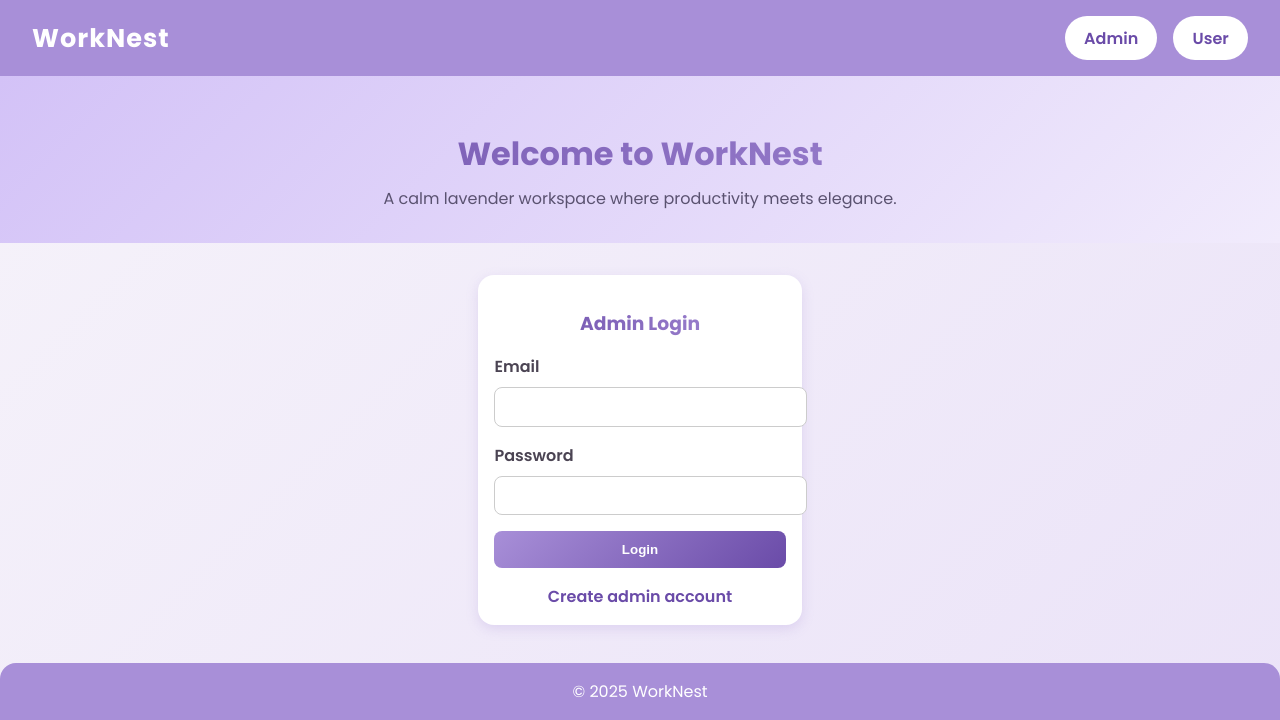
Repository: Sourav5harma/WiproProject
Page: http://localhost/WorkNestApp/WEB-INF/jsp/admin-login.jsp
The author's editor kept a copy of each file at every save. The page is drawn from the files as they stood at one save, then again after the next save.
The browser window is 1280 px wide. The pictures show the whole page.
The page is served by Tomcat 9. Nobody is signed in. Other server files are loaded and not shown. The template is opened directly, without the code that normally fills it, so the values that code supplies are empty.

Above is the page before, as saved 2025-08-27 19:43:40.

### WorkNestApp/src/main/webapp/WEB-INF/jsp/admin-login.jsp
<%@ page contentType="text/html;charset=UTF-8" language="java"%>
<%@ taglib prefix="c" uri="http://java.sun.com/jsp/jstl/core"%>
<!DOCTYPE html>
<html lang="en">
<head>
  <title>WorkNest</title>
  <link href="https://fonts.googleapis.com/css2?family=Poppins:wght@400;600;700&display=swap" rel="stylesheet">
  <style>
    body {
      margin: 0;
      min-height: 100vh;
      display: flex;
      flex-direction: column;
      font-family: 'Poppins', sans-serif;
      background: linear-gradient(135deg, #f6f3fa, #ebe3f8);
      color: #4b4453;
    }
    nav {
      display: flex;
      justify-content: space-between;
      align-items: center;
      background: #a88fd8;
      padding: 1rem 2rem;
    }
    nav .title {
      font-size: 1.6rem;
      font-weight: 700;
      color: white;
      letter-spacing: 1px;
    }
    nav .actions {
      display: flex;
      gap: 1rem;
    }
    nav .actions a {
      padding: 0.6rem 1.2rem;
      border-radius: 30px;
      background: white;
      color: #6a4ba8;
      font-weight: 600;
      text-decoration: none;
      transition: all 0.3s ease;
    }
    nav .actions a:hover {
      background: #d3c2f7;
      color: white;
    }
    .hero {
      text-align: center;
      padding: 2rem 1rem;
      background: linear-gradient(135deg, #d3c2f7, #f1ebfc);
    }
    .hero h1 {
      font-size: 2rem;
      margin-bottom: 0.5rem;
      background: linear-gradient(to right, #6a4ba8, #a88fd8);
      -webkit-background-clip: text;
      -webkit-text-fill-color: transparent;
    }
    .hero p {
      font-size: 1rem;
      color: #5a5270;
      max-width: 600px;
      margin: 0 auto;
    }
    .container {
      max-width: 600px;
      margin: 2rem auto;
      padding: 1rem;
      background: white;
      border-radius: 1rem;
      box-shadow: 0 4px 12px rgba(168,143,216,0.25);
    }
    h3 {
      text-align: center;
      margin-bottom: 1rem;
      background: linear-gradient(to right, #6a4ba8, #a88fd8);
      -webkit-background-clip: text;
      -webkit-text-fill-color: transparent;
    }
    label {
      display: block;
      font-weight: 600;
      margin-bottom: 0.5rem;
    }
    input {
      width: 100%;
      padding: 0.6rem;
      border-radius: 8px;
      border: 1px solid #ccc;
      margin-bottom: 1rem;
      font-size: 1rem;
    }
    .btn {
      width: 100%;
      padding: 0.7rem;
      border-radius: 8px;
      background: linear-gradient(135deg, #a88fd8, #6a4ba8);
      color: white;
      font-weight: 600;
      text-decoration: none;
      border: none;
      cursor: pointer;
      transition: all 0.3s ease;
    }
    .btn:hover {
      box-shadow: 0 6px 16px rgba(168,143,216,0.4);
      transform: translateY(-2px);
    }
    footer {
      background: #a88fd8;
      color: white;
      padding: 1rem;
      text-align: center;
      border-top-left-radius: 1rem;
      border-top-right-radius: 1rem;
      margin-top: auto;
    }
    .extra-link {
      display: block;
      text-align: center;
      margin-top: 1rem;
      font-weight: 600;
      color: #6a4ba8;
      text-decoration: none;
    }
    .extra-link:hover {
      text-decoration: underline;
    }
  </style>
</head>
<body>
  <nav>
    <div class="title">WorkNest</div>
    <div class="actions">
      <a href="<c:url value='/admin/login'/>">Admin</a>
      <a href="<c:url value='/user/login'/>">User</a>
    </div>
  </nav>

  <div class="hero">
    <h1>Welcome to WorkNest</h1>
    <p>A calm lavender workspace where productivity meets elegance.</p>
  </div>

  <div class="container">
    <h3>Admin Login</h3>
    <c:if test="${not empty error}">
      <div style="color:red; text-align:center; margin-bottom:1rem;">${error}</div>
    </c:if>

    <form method="post" action="<c:url value='/admin/login'/>">
      <label>Email</label>
      <input name="email" required>

      <label>Password</label>
      <input name="password" type="password" required>

      <button type="submit" class="btn">Login</button>
    </form>

    <a href="<c:url value='/admin/register'/>" class="extra-link">Create admin account</a>
  </div>

  <footer>© 2025 WorkNest</footer>
</body>
</html>

After the next save:
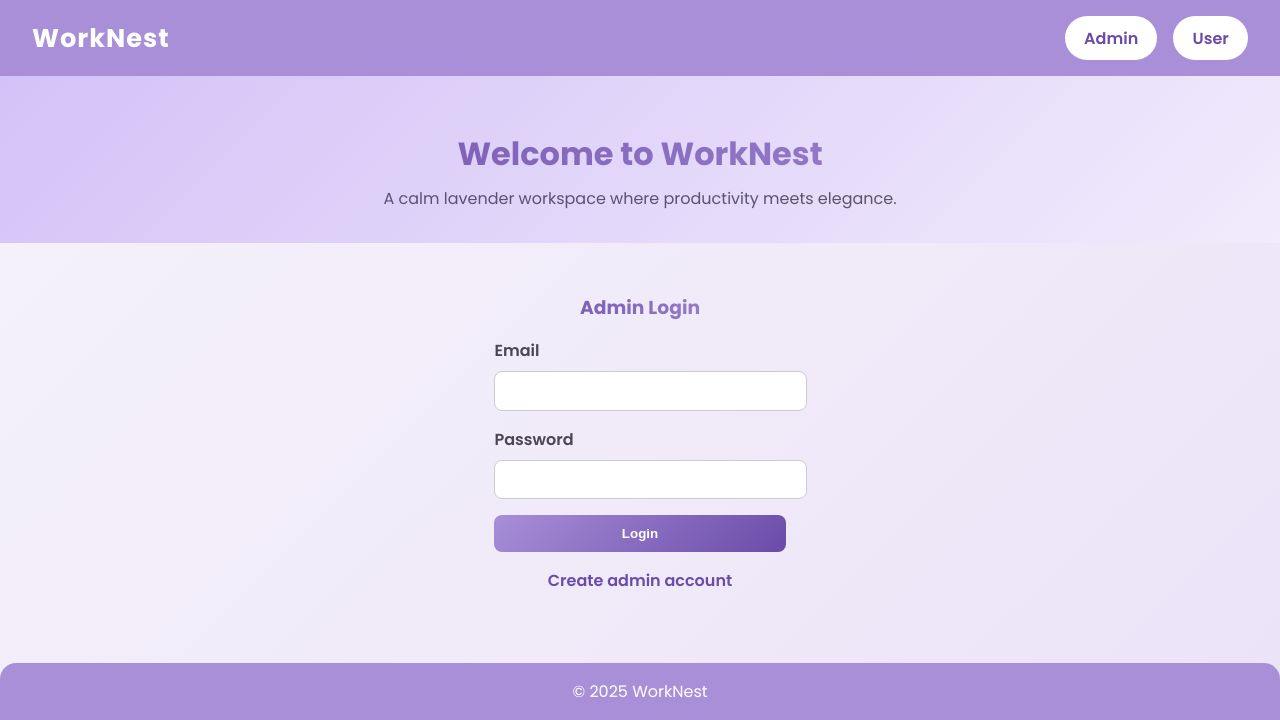
Saved 43 s later.
--- a/WorkNestApp/src/main/webapp/WEB-INF/jsp/admin-login.jsp
+++ b/WorkNestApp/src/main/webapp/WEB-INF/jsp/admin-login.jsp
@@ -63,13 +63,10 @@
       max-width: 600px;
       margin: 0 auto;
     }
-    .container {
+    section {
       max-width: 600px;
       margin: 2rem auto;
-      padding: 1rem;
-      background: white;
-      border-radius: 1rem;
-      box-shadow: 0 4px 12px rgba(168,143,216,0.25);
+      padding: 0 1rem;
     }
     h3 {
       text-align: center;
@@ -143,7 +140,7 @@
     <p>A calm lavender workspace where productivity meets elegance.</p>
   </div>
 
-  <div class="container">
+  <section>
     <h3>Admin Login</h3>
     <c:if test="${not empty error}">
       <div style="color:red; text-align:center; margin-bottom:1rem;">${error}</div>
@@ -160,7 +157,7 @@
     </form>
 
     <a href="<c:url value='/admin/register'/>" class="extra-link">Create admin account</a>
-  </div>
+  </section>
 
   <footer>© 2025 WorkNest</footer>
 </body>
